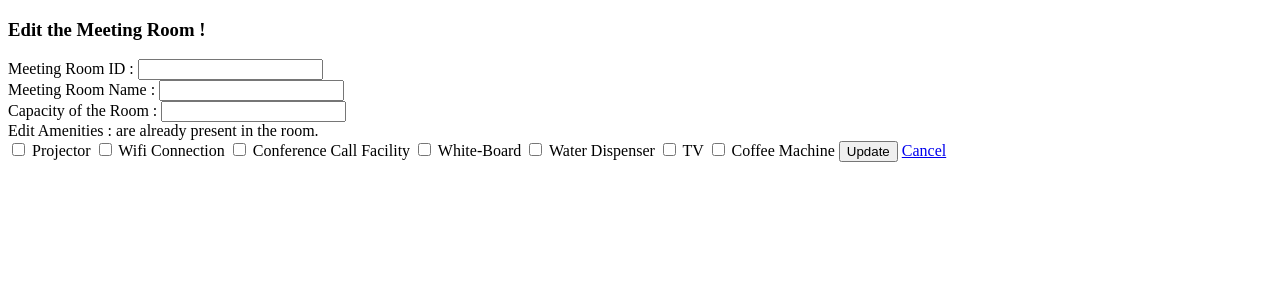
Repository: pavleen14/techyons-code-fury
Page: http://localhost/meetingroommanagement/editRoom.jsp
An editor plug-in stored every save of this project. The page is shown before and after the next save, followed by the edit.
The browser window is 1280 px wide. The pictures show the whole page.
The page is served by Tomcat 9. Other server files are loaded and not shown.

Above is the page before, as saved 2021-09-25 11:23:35.

### application/meetingroommanagement/src/main/webapp/editRoom.jsp
<%@ taglib uri="http://java.sun.com/jsp/jstl/core" prefix="e"%>
<!DOCTYPE html>
<html>
<head>
<meta charset="ISO-8859-1">
</head>
<body>
<%@page import="java.util.*, com.hsbc.meets.entity.*" %>
<%
    MeetingRoom room = (MeetingRoom) request.getAttribute("room");
    pageContext.setAttribute("room", room);

%>
<h3>Edit the Meeting Room !</h3>
<form action="meetingroom" method="POST">
   Meeting Room ID :
   <input type="text" name="mid" value="${room.meetingRoomId}" readonly><br>
   Meeting Room Name :
   <input type="text" name="mname" value="${room.meetingRoomName}"><br>
   Capacity of the Room :
   <input type="number" name="mcapacity" value="${room.seatingCapacity}"><br>

   Edit Amenities :${room.amenities}  are already present in the room.<br>
   <input type="checkbox"  name="amenities" value="Projector"> Projector
   <input type="checkbox"  name="amenities" value="Wifi Connection"> Wifi Connection
   <input type="checkbox"  name="amenities" value="Conference Call Facility"> Conference Call Facility
   <input type="checkbox"  name="amenities" value="White Board"> White-Board
   <input type="checkbox"  name="amenities" value="Water Dispenser"> Water Dispenser
   <input type="checkbox"  name="amenities" value="TV"> TV
   <input type="checkbox"  name="amenities" value="Coffee Machine"> Coffee Machine
   <input type ="submit" value ="Update">
   <!-- this has to look like a button -->
   <input type = "hidden" name="editflag" value="true"/>
   <a href="admin.jsp">Cancel</a>

</form>
<p>
</body>
</html>

After the next save:
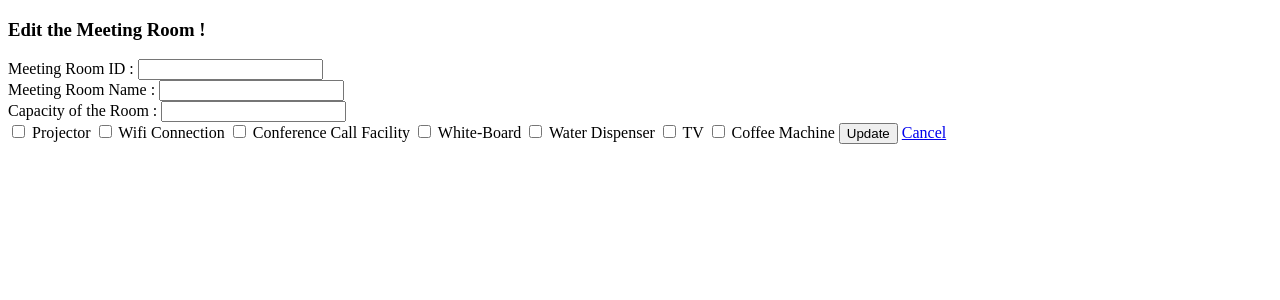
Saved 6 s later.
--- a/application/meetingroommanagement/src/main/webapp/editRoom.jsp
+++ b/application/meetingroommanagement/src/main/webapp/editRoom.jsp
@@ -20,7 +20,6 @@
    Capacity of the Room :
    <input type="number" name="mcapacity" value="${room.seatingCapacity}"><br>
 
-   Edit Amenities :${room.amenities}  are already present in the room.<br>
    <input type="checkbox"  name="amenities" value="Projector"> Projector
    <input type="checkbox"  name="amenities" value="Wifi Connection"> Wifi Connection
    <input type="checkbox"  name="amenities" value="Conference Call Facility"> Conference Call Facility
